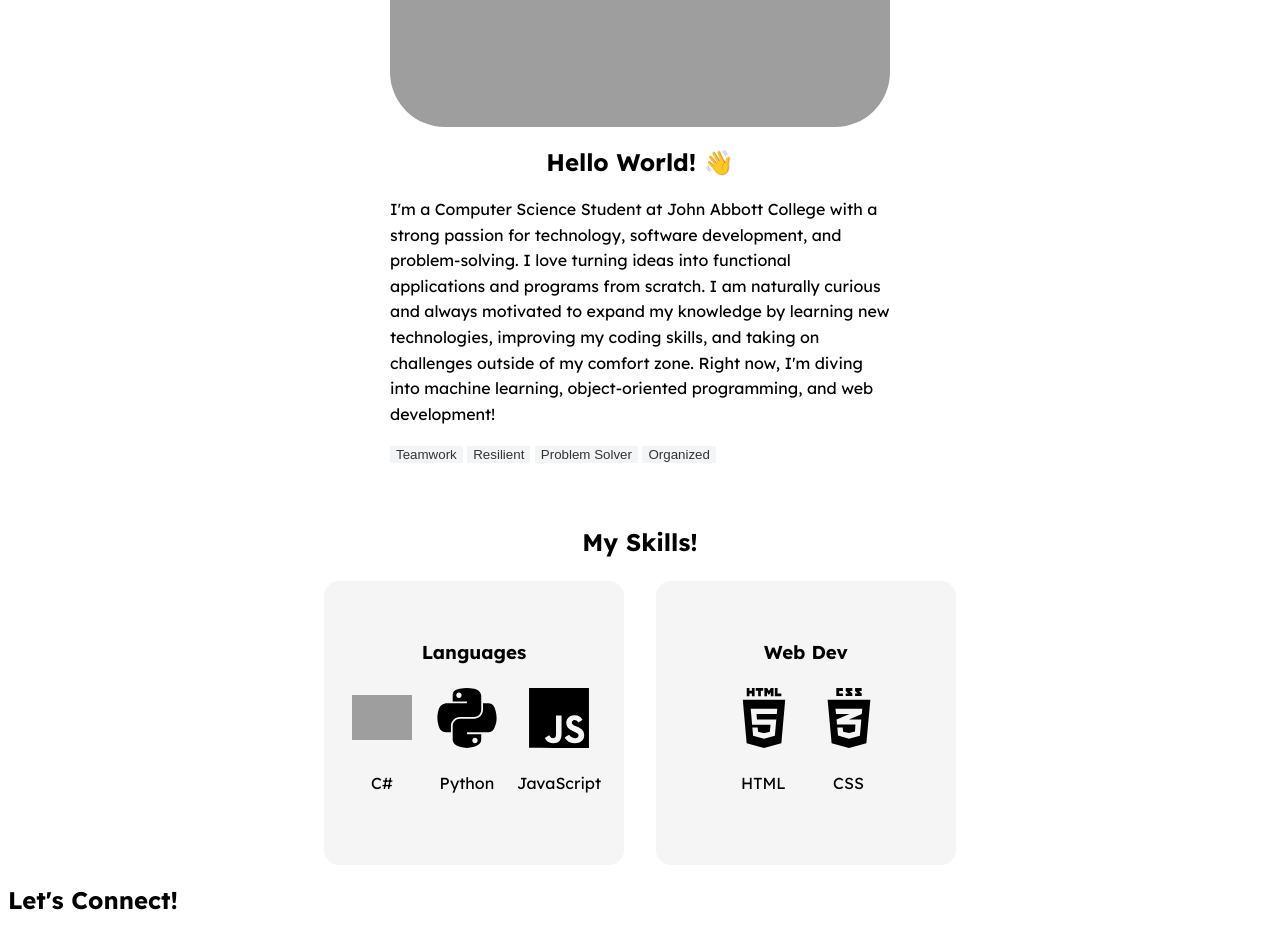
Repository: perrybalaba/perrybalaba
Page: index.html
These files come from the project's save history. The page is drawn as it stood at one moment and after the next save; the edit follows.
The browser window is 1280 px wide. The pictures show the part of the page from y = 663 to 1615 px (the page is 1598 px tall before and 1615 px after).
Pictures or frames that could not be fetched are drawn as grey boxes. Some web fonts or font styles are not loaded; a fallback is used.

Above is the page before, as saved 2026-05-13 19:58:05.

After the next save:
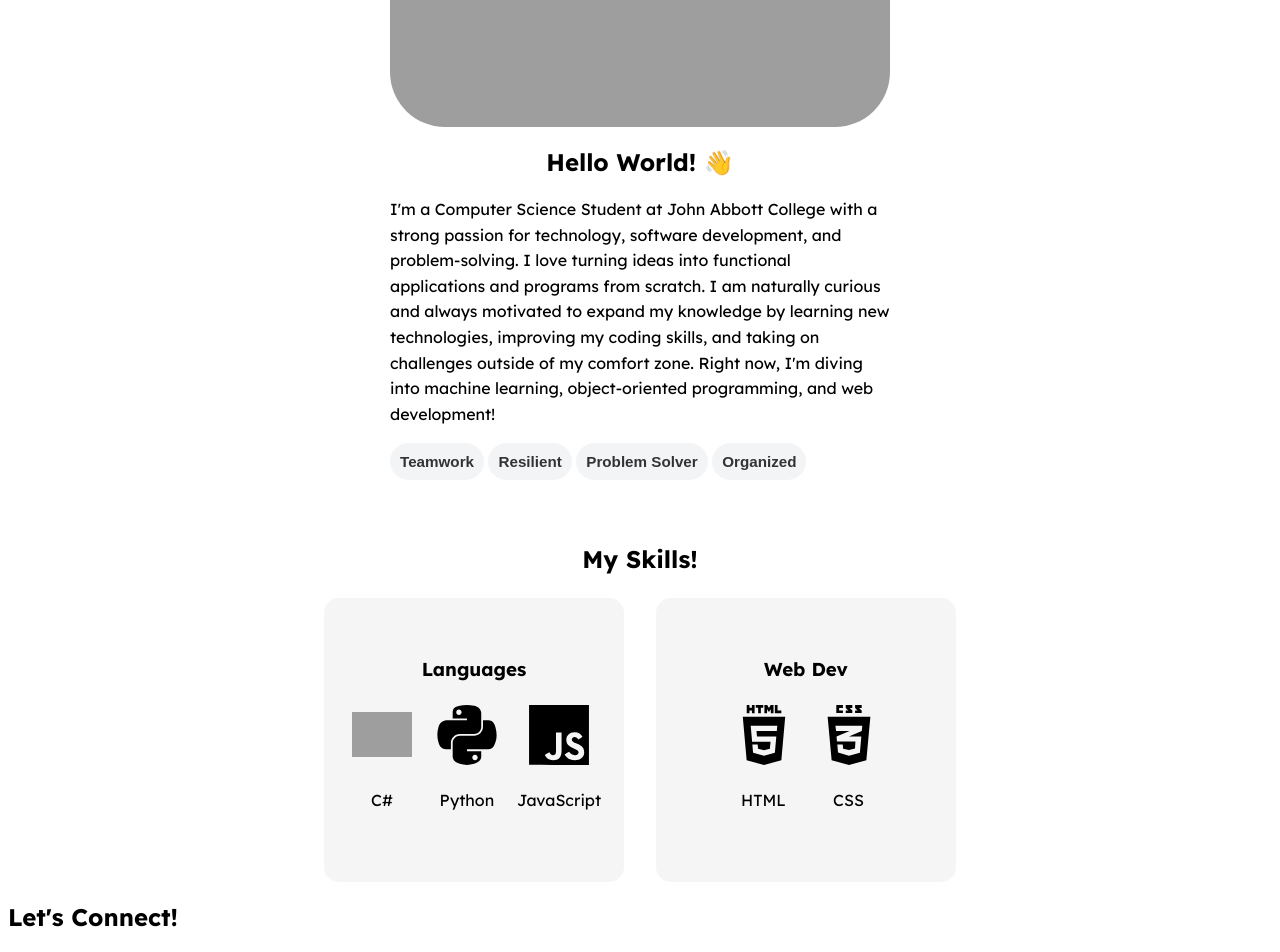
Saved 4 min 18 s later.
--- a/styles/index.css
+++ b/styles/index.css
@@ -60,7 +60,17 @@ nav ul li a:hover {
     background-color: #f3f4f6;
     color: #333;
     border: none;
-    padding
+    padding: 10px;
+    border-radius: 1000px;
+    font-size: 0.95rem;
+    font-weight: 600;
+    transition: all 0.2s ease;
+}
+
+.Soft-Skills:hover {
+    transform: translateY(-2px);
+    background-color: #6366F1;
+    color: white;
 }
 
 /* SKILLS */
